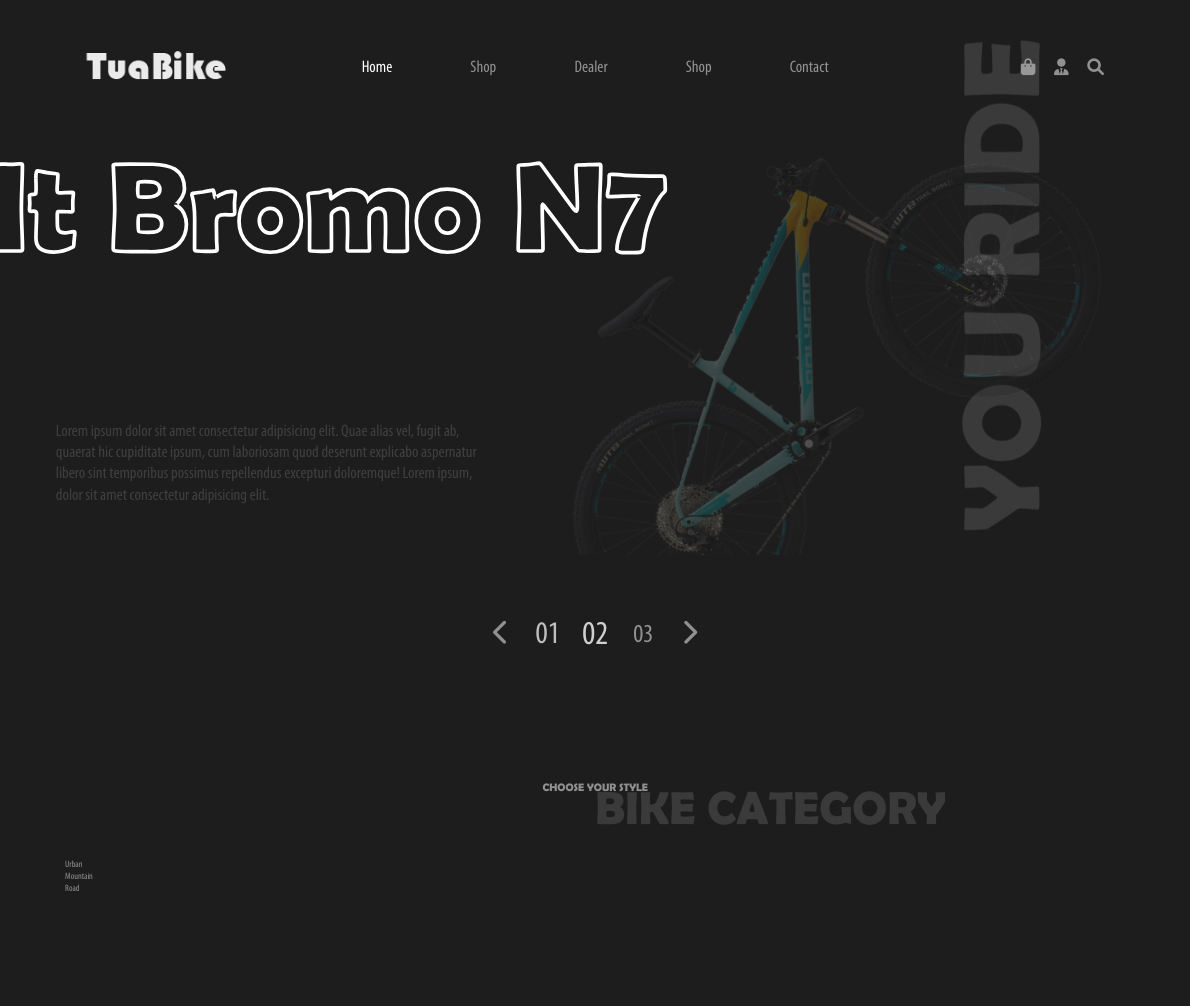
Repository: phamhuuloc/TourBike
Page: index.html
These files come from the project's save history. The page is drawn as it stood at one moment and after the next save; the edit follows.
The browser window is 1280 px wide. The pictures show the whole page, at 93% of full size.

Above is the page before, as saved 2021-11-06 09:49:46.

After the next save:
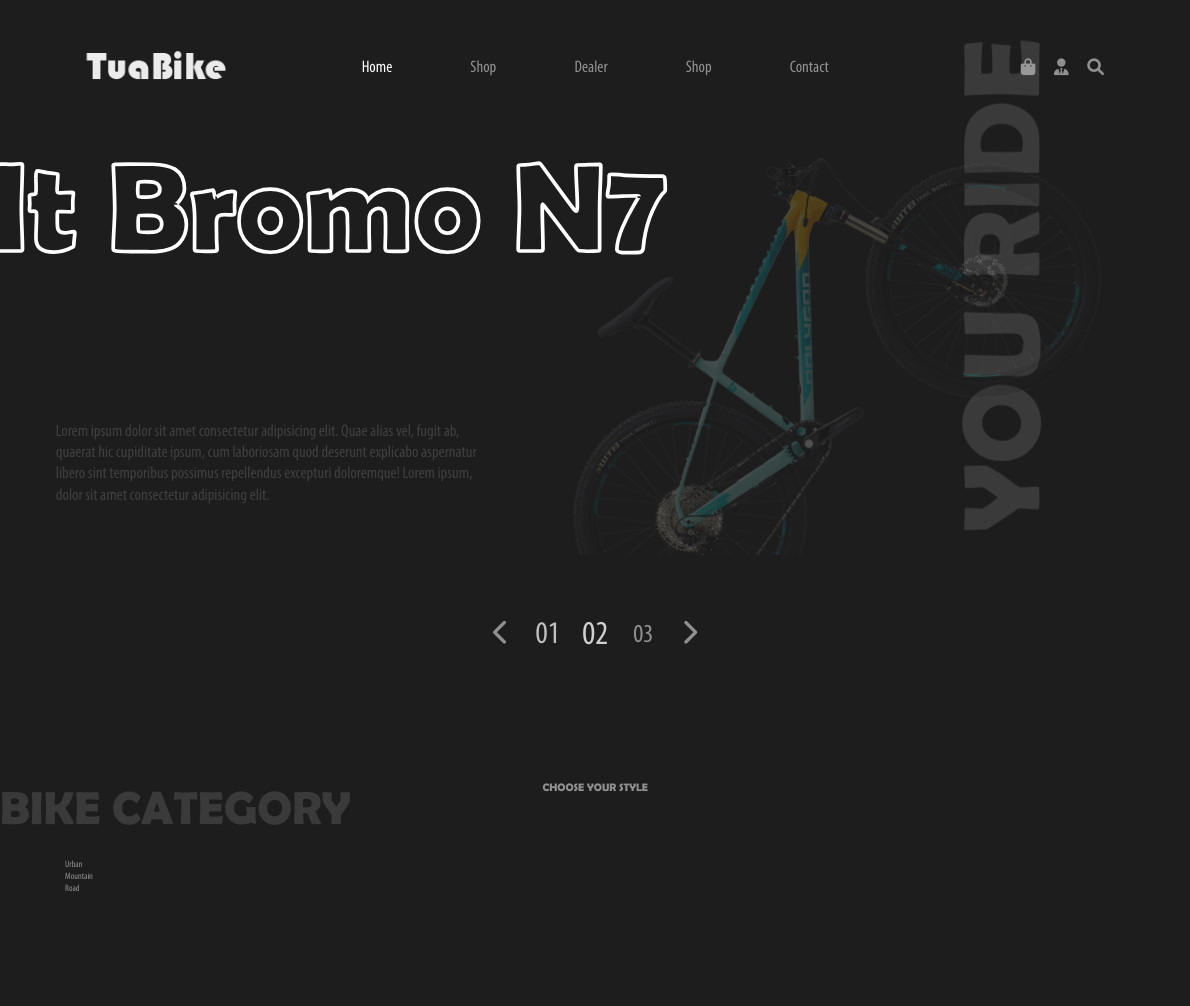
Saved 6 s later.
--- a/assets/css/main.css
+++ b/assets/css/main.css
@@ -246,5 +246,4 @@
   color: var(--second-color);
   position: absolute;
   top: 0;
-  left: 50%;
-}
+}
